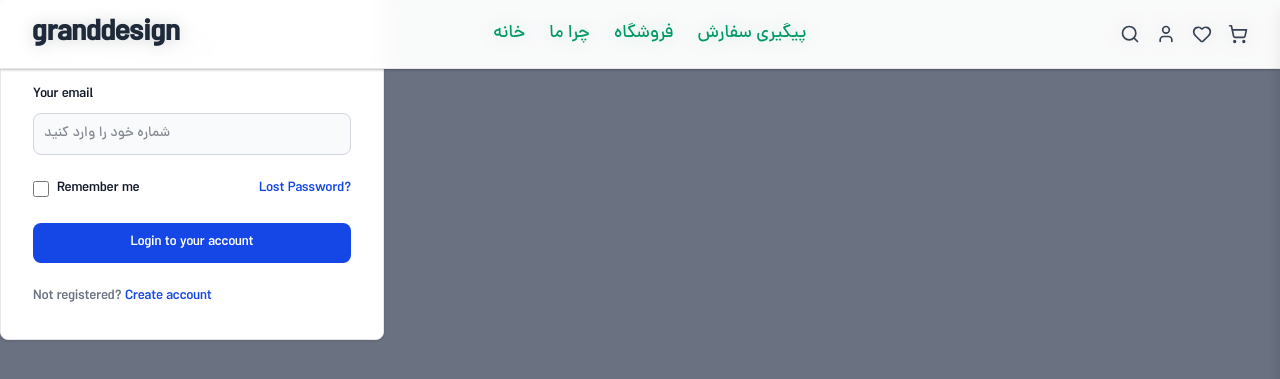
Repository: Aihan-2005/granddesign.frontend
Page: /productTracking
These files come from the project's save history. The page is drawn as it stood at one moment and after the next save; the edit follows.
The browser window is 1280 px wide. The pictures show the whole page.
The project was rebuilt for these pictures with package versions that can differ from the ones it lists, and the page was loaded fresh each time. The framework's server and built-in components were replaced by stand-ins that run in the browser. Also part of the build but not shown: next.config.mjs, src/components/store/modal/Search.jsx, src/zustand/useAuthStore.jsx, src/components/store/modal/Login.jsx, src/components/store/modal/CartModal.jsx, src/components/store/modal/FavoritesModal.jsx.

Above is the page before, as saved 2025-09-16 01:33:20.

### src/app/layout.jsx
import { Geist, Geist_Mono } from "next/font/google";
import "./globals.css";
import Header from './../components/store/Headers';
import Search from './../components/store/modal/Search';
import LoginModal from './../components/store/modal/Login';
import CartModal from './../components/store/modal/CartModal';
import FavoritesModal from "@/components/store/modal/FavoritesModal";

const geistSans = Geist({
  variable: "--font-geist-sans",
  subsets: ["latin"],
});

const geistMono = Geist_Mono({
  variable: "--font-geist-mono",
  subsets: ["latin"],
});

export const metadata = {
  title: "Create Next App",
  description: "Generated by create next app",
};

export default function RootLayout({ children }) {
  return (
    <html lang="en">
      <body className={`${geistSans.variable} ${geistMono.variable} antialiased`}>
        <Header />
        {children}
        <Search/>
        <LoginModal />
        <FavoritesModal/>
        <CartModal />
      </body>
    </html>
  );
}

### src/app/(fullpage)/layout.jsx
export default function LayoutRegister({children}){
    return(
        <>
        {children}
        </>
    )
}

### src/app/(fullpage)/productTracking/page.jsx
import Header from "@/components/store/Headers";
export default function ProductTracking(){
    return(
        <div className="min-h-screen bg-gray-500 relative overflow-hidden" >
              <Header />

              <div dir='rtl'></div>


<div className="w-full max-w-sm p-4 bg-white border border-gray-200 rounded-lg shadow-sm sm:p-6 md:p-8 dark:bg-gray-800 dark:border-gray-700">
    <form className="space-y-6" action="#">
        <h5 className="text-xl font-medium text-gray-900 dark:text-white">Sign in to our platform</h5>
        <div>
            <label htmlFor="text" className="block mb-2 text-sm font-medium text-gray-900 dark:text-white">Your email</label>
            <input type="text" name="text" id="text" className="bg-gray-50 border border-gray-300 text-gray-900 text-sm rounded-lg focus:ring-blue-500 focus:border-blue-500 block w-full p-2.5 dark:bg-gray-600 dark:border-gray-500 dark:placeholder-gray-400 dark:text-white" placeholder="شماره خود را وارد کنید" required />
        </div>

        <div className="flex items-start">
            <div className="flex items-start">
                <div className="flex items-center h-5">
                    <input id="remember" type="checkbox" value="" className="w-4 h-4 border border-gray-300 rounded-sm bg-gray-50 focus:ring-3 focus:ring-blue-300 dark:bg-gray-700 dark:border-gray-600 dark:focus:ring-blue-600 dark:ring-offset-gray-800 dark:focus:ring-offset-gray-800" required />
                </div>
                <label for="remember" className="ms-2 text-sm font-medium text-gray-900 dark:text-gray-300">Remember me</label>
            </div>
            <a href="#" className="ms-auto text-sm text-blue-700 hover:underline dark:text-blue-500">Lost Password?</a>
        </div>
        <button type="submit" className="w-full text-white bg-blue-700 hover:bg-blue-800 focus:ring-4 focus:outline-none focus:ring-blue-300 font-medium rounded-lg text-sm px-5 py-2.5 text-center dark:bg-blue-600 dark:hover:bg-blue-700 dark:focus:ring-blue-800">Login to your account</button>
        <div className="text-sm font-medium text-gray-500 dark:text-gray-300">
            Not registered? <a href="#" className="text-blue-700 hover:underline dark:text-blue-500">Create account</a>
        </div>
    </form>
</div>

              </div>
    )
}

### src/app/globals.css
@import "tailwindcss";



@font-face {
  font-family: "Biski";
  src: url("/Fonts/biski/BiskiTrial-Regular.otf") format(opentype);
}
@font-face {
  font-family: "Dana";
  src: url("/Fonts/dana/dana medium.ttf") format(truetype);
}
@font-face {
  font-family: "Niaz";
  src: url("/Fonts/niaz/niaz.ttf") format(truetype);
}

*{
  font-family:"Dana";
   scroll-behavior: smooth;
}




body::-webkit-scrollbar {
    width: 7px;
}

body::-webkit-scrollbar-track {
    background-color: inherit;
    border-radius: 25px;
}

body::-webkit-scrollbar-thumb {
    background-color: rgb(130, 130, 130);
    border-radius: 25px;
}

.changeScroll::-webkit-scrollbar {
    height:  7px;
}

.changeScroll::-webkit-scrollbar-track {
    background-color: inherit;
    border-radius: 25px;
}

.changeScroll::-webkit-scrollbar-thumb {
    background-color: rgb(130, 130, 130);
    border-radius: 25px;
}


body {
background-color: rgba(49, 49, 49, 0.901);
width: 100%;
height: 100%;
}


input:-webkit-autofill,
input:-webkit-autofill:hover,
input:-webkit-autofill:focus,
input:-webkit-autofill:active {
    -webkit-box-shadow: 0 0 0px 1000px #0f172a00 inset !important;
    box-shadow: 0 0 0px 1000px #0f172a00 inset !important;
    -webkit-text-fill-color: #fff !important;
    caret-color: #ffffff !important;
    border-color: #94a3b800 !important;
    transition: background-color 9999s ease-in-out 0s, color 9999s ease-in-out 0s;
    appearance: none;
}
.no-scrollbar::-webkit-scrollbar {
  display: none;
}
.no-scrollbar {
  -ms-overflow-style: none;  /* IE and Edge */
  scrollbar-width: none;  /* Firefox */
}

### src/components/store/Headers.jsx
// "use client";
// import Link from "next/link";
// import { Search, User, Heart, ShoppingCart } from "lucide-react";
// import { useSearchStore } from "@/zustand/Search";
// import { useLoginStore } from "@/zustand/loginStore";
// import { useCartStore } from "@/zustand/cartStore";
// import { useMenuStore } from "@/zustand/store";
// import { useWishlistStore } from "@/zustand/favoritesStore";
// function IconButton({ icon, ariaLabel, onClick, hasBadge = false, badgeCount = 0 }) {
//   return (
//     <button
//       aria-label={ariaLabel}
//       onClick={onClick}
//       className="text-gray-700 hover:text-black transition duration-200 relative cursor-pointer"
//     >
//       {icon}
//       {hasBadge && badgeCount > 0 && (
//         <span className="
//           absolute -top-2 -right-2
//           bg-red-500 text-white
//           text-xs font-bold
//           rounded-full
//           w-5 h-5
//           flex items-center justify-center
//           cursor-pointer
//         ">
//           {badgeCount}
//         </span>
//       )}
//     </button>
//   );
// }

// export default function Header() {
//   const { openFavorites, wishlistItems } = useWishlistStore();
//   const { isOpen, openMenu, closeMenu } = useMenuStore();
//   const navItems = [
//     { title: "home", textTitle: "خانه", href: "#" },
//     { title: "portfolio", textTitle: "چرا ما ", href: "#" },
//     ,
//     { title: "about", textTitle: " فروشگاه", href: "#" },
//     {title: "product tracking", textTitle:"پیگیری سفارش", href:"#"}
//   ];

//   const openSearch = useSearchStore((state) => state.openSearch);
//   const openLogin = useLoginStore((state) => state.openLogin);
//   const openCart = useCartStore((state) => state.openCart);
//   const cartItems = useCartStore((state) => state.items);

//   // محاسبه تعداد کل محصولات در سبد خرید
//   const totalItems = cartItems.reduce((total, item) => total + item.quantity, 0);
//    // اضافه کردن این خط برای دسترسی به علاقه‌مندی‌ها





//   // محاسبه تعداد محصولات در علاقه‌مندی‌ها
//   const totalWishlistItems = wishlistItems.length;
//   return (
//     <header className="w-full fixed top-0 z-50 backdrop-blur bg-white/80 border-b border-gray-200 shadow-sm">
//       <div className="max-w-7xl mx-auto px-4 md:px-8 py-4 flex items-center justify-between">
//         <div className="text-2xl md:text-3xl font-extrabold text-gray-800 hover:text-green-700 transition cursor-pointer">
//           <Link href="/">granddesign</Link>
//         </div>

//         <nav className="hidden md:flex gap-6 text-sm md:text-lg font-medium text-emerald-600">
//           <Link className="hover:text-black transition cursor-pointer" href="/">
//             خانه
//           </Link>
//           <Link className="hover:text-black transition cursor-pointer" href="/why-us">
//             چرا ما
//           </Link>
//           <Link className="hover:text-black transition cursor-pointer" href="/store">
//             فروشگاه
//           </Link>
//           <Link className="hover:text-black transition cursor-pointer" href="/">
//             پیگیری سفارش
//           </Link>

//         </nav>

//         <div className="flex items-center gap-4 text-gray-600">
//           <IconButton
//             icon={<Search size={20} />}
//             ariaLabel="جستجو"
//             onClick={openSearch}
//           />

//           <IconButton
//             icon={<User size={20} />}
//             ariaLabel="ورود"
//             onClick={openLogin}
//           />

//           {/* تغییر این بخش برای آیکون قلب */}
//           <Link href="/favorites" className="cursor-pointer relative">
//             <IconButton
//               icon={<Heart size={20} />}
//               ariaLabel="علاقه‌مندی‌ها"
//               onClick={openFavorites}
//               hasBadge={true}
//               badgeCount={totalWishlistItems}
//             />
//           </Link>

//           <IconButton
//             icon={<ShoppingCart size={20} />}
//             ariaLabel="سبد خرید"
//             onClick={openCart}
//             hasBadge={true}
//             badgeCount={totalItems}
//           />
//         </div>
//           {/* Mobile Menu Button */}
//       <div className="md:hidden">
//         <button
//           onClick={openMenu}
//           className="text-gray-400 focus:outline-none  "
//           aria-label="Open menu"
//         >
//           ☰
//         </button>
//       </div>
//       </div>


//       {/* Mobile Sidebar */}
//       <div
//         className={`fixed top-0 right-0 w-64 h-screen bg-gray-500 dark:bg-gray-600 text-black shadow-lg transform transition-transform duration-300 z-50 p-4 overflow-y-auto ${
//           isOpen ? "translate-x-0" : "translate-x-full"
//         }`}
//         aria-labelledby="drawer-navigation-label"
//       >
//         <h5
//           id="drawer-navigation-label"
//           className="text-base font-semibold text-gray-500 uppercase dark:text-gray-400"
//         >
//           منو
//         </h5>
//         <button
//           onClick={closeMenu}
//           className="absolute top-2.5 right-2.5 text-gray-400 bg-transparent hover:bg-gray-200 dark:hover:bg-gray-500 hover:text-gray-900 dark:hover:text-black rounded-lg text-sm w-8 h-8 flex items-center justify-center"
//           aria-controls="drawer-navigation"
//           aria-label="Close menu"
//         >
//           <svg
//             className="w-3 h-3"
//             fill="none"
//             viewBox="0 0 14 14"
//             xmlns="http://www.w3.org/2000/svg"
//           >
//             <path
//               stroke="currentColor"
//               strokeLinecap="round"
//               strokeLinejoin="round"
//               strokeWidth="2"
//               d="m1 1 6 6m0 0 6 6M7 7l6-6M7 7l-6 6"
//             />
//           </svg>
//         </button>

//         <ul className="py-4 space-y-2 font-medium">

//           {navItems.map((item) => (
//             <li key={item.title}>
//               <Link
//                 href={item.href}
//                 className="flex items-center p-2 text-gray-900 dark:text-white rounded-lg hover:bg-gray-100 dark:hover:bg-gray-500 group"
//               >
//                 <svg
//                   xmlns="http://www.w3.org/2000/svg"
//                   fill="none"
//                   viewBox="0 0 24 24"
//                   strokeWidth="1.5"
//                   stroke="currentColor"
//                   className="w-6 h-6"
//                 >
//                   <path
//                     strokeLinecap="round"
//                     strokeLinejoin="round"
//                     d="M8.625 12a.375.375 0 1 1-.75 0 .375.375 0 0 1 .75 0Zm0 0H8.25m4.125 0a.375.375 0 1 1-.75 0 .375.375 0 0 1 .75 0Zm0 0H12m4.125 0a.375.375 0 1 1-.75 0 .375.375 0 0 1 .75 0Zm0 0h-.375M21 12c0 4.556-4.03 8.25-9 8.25a9.764 9.764 0 0 1-2.555-.337A5.972 5.972 0 0 1 5.41 20.97a5.969 5.969 0 0 1-.474-.065 4.48 4.48 0 0 0 .978-2.025c.09-.457-.133-.901-.467-1.226C3.93 16.178 3 14.189 3 12c0-4.556 4.03-8.25 9-8.25s9 3.694 9 8.25Z"
//                   />
//                 </svg>
//                 <span className="flex-1 ms-3 text-right">{item.textTitle}</span>
//               </Link>
//             </li>
//           ))}
//         </ul>
//       </div>

//       {/* Overlay for Mobile Menu */}
//       {isOpen && (
//         <div
//           className="fixed inset-0 bg-black/30 z-40 md:hidden"
//           onClick={closeMenu}
//           aria-hidden="true"
//         />
//       )}
//     </header>
//   );
// }
"use client";
import Link from "next/link";
import { Search, User, Heart, ShoppingCart } from "lucide-react";
import { useSearchStore } from "@/zustand/Search";
import { useLoginStore } from "@/zustand/loginStore";
import { useCartStore } from "@/zustand/cartStore";
import { useMenuStore } from "@/zustand/store";
import { useWishlistStore } from "@/zustand/favoritesStore";

function IconButton({ icon, ariaLabel, onClick, hasBadge = false, badgeCount = 0 }) {
  return (
    <button
      aria-label={ariaLabel}
      onClick={onClick}
      className="text-gray-700 hover:text-black transition duration-200 relative cursor-pointer"
    >
      {icon}
      {hasBadge && badgeCount > 0 && (
        <span className="
          absolute -top-2 -right-2
          bg-red-500 text-white
          text-xs font-bold
          rounded-full
          w-5 h-5
          flex items-center justify-center
          cursor-pointer
        ">
          {badgeCount}
        </span>
      )}
    </button>
  );
}

export default function Header() {
  const { openFavorites, wishlistItems } = useWishlistStore();
  const { isOpen, openMenu, closeMenu } = useMenuStore();
  const navItems = [
    { title: "home", textTitle: "خانه", href: "/" },
    { title: "portfolio", textTitle: "چرا ما ", href: "/why-us" },
    { title: "about", textTitle: " فروشگاه", href: "/store" },
    { title: "product tracking", textTitle: "پیگیری سفارش", href: "#" }
  ];

  const openSearch = useSearchStore((state) => state.openSearch);
  const openLogin = useLoginStore((state) => state.openLogin);
  const openCart = useCartStore((state) => state.openCart);
  const cartItems = useCartStore((state) => state.items);

  const totalItems = cartItems.reduce((total, item) => total + item.quantity, 0);


  const totalWishlistItems = wishlistItems.length;

  return (
    <header className="w-full fixed top-0 z-50 backdrop-blur bg-white/80 border-b border-gray-200 shadow-sm">
      <div className="max-w-7xl mx-auto px-4 md:px-8 py-4 flex items-center justify-between">
        <div className="text-2xl md:text-3xl font-extrabold text-gray-800 hover:text-green-700 transition cursor-pointer">
          <Link href="/">granddesign</Link>
        </div>

        <nav className="hidden md:flex gap-6 text-sm md:text-lg font-medium text-emerald-600">
          <Link className="hover:text-black transition cursor-pointer" href="/">
            خانه
          </Link>
          <Link className="hover:text-black transition cursor-pointer" href="/why-us">
            چرا ما
          </Link>
          <Link className="hover:text-black transition cursor-pointer" href="/store">
            فروشگاه
          </Link>
          <Link className="hover:text-black transition cursor-pointer" href="/productTracking">
            پیگیری سفارش
          </Link>
        </nav>

        <div className="flex items-center gap-4 text-gray-600">
          <IconButton
            icon={<Search size={20} />}
            ariaLabel="جستجو"
            onClick={openSearch}
          />

          <IconButton
            icon={<User size={20} />}
            ariaLabel="ورود"
            onClick={openLogin}
          />


          <IconButton
            icon={<Heart size={20} />}
            ariaLabel="علاقه‌مندی‌ها"
            onClick={openFavorites}
            hasBadge={true}
            badgeCount={totalWishlistItems}
          />

          <IconButton
            icon={<ShoppingCart size={20} />}
            ariaLabel="سبد خرید"
            onClick={openCart}
            hasBadge={true}
            badgeCount={totalItems}
          />
        </div>

        {/* Mobile Menu Button */}
        <div className="md:hidden">
          <button
            onClick={openMenu}
            className="text-gray-400 focus:outline-none"
            aria-label="Open menu"
          >
            ☰
          </button>
        </div>
      </div>

      {/* Mobile Sidebar */}
      <div
        className={`fixed top-0 right-0 w-64 h-screen bg-gray-500 dark:bg-gray-600 text-black shadow-lg transform transition-transform duration-300 z-50 p-4 overflow-y-auto ${
          isOpen ? "translate-x-0" : "translate-x-full"
        }`}
        aria-labelledby="drawer-navigation-label"
      >
        <h5
          id="drawer-navigation-label"
          className="text-base font-semibold text-gray-500 uppercase dark:text-gray-400"
        >
          منو
        </h5>
        <button
          onClick={closeMenu}
          className="absolute top-2.5 right-2.5 text-gray-400 bg-transparent hover:bg-gray-200 dark:hover:bg-gray-500 hover:text-gray-900 dark:hover:text-black rounded-lg text-sm w-8 h-8 flex items-center justify-center"
          aria-controls="drawer-navigation"
          aria-label="Close menu"
        >
          <svg
            className="w-3 h-3"
            fill="none"
            viewBox="0 0 14 14"
            xmlns="http://www.w3.org/2000/svg"
          >
            <path
              stroke="currentColor"
              strokeLinecap="round"
              strokeLinejoin="round"
              strokeWidth="2"
              d="m1 1 6 6m0 0 6 6M7 7l6-6M7 7l-6 6"
            />
          </svg>
        </button>

        <ul className="py-4 space-y-2 font-medium">
          {navItems.map((item) => (
            <li key={item.title}>
              <Link
                href={item.href}
                className="flex items-center p-2 text-gray-900 dark:text-white rounded-lg hover:bg-gray-100 dark:hover:bg-gray-500 group"
                onClick={closeMenu} // بستن منو هنگام کلیک روی لینک
              >
                <svg
                  xmlns="http://www.w3.org/2000/svg"
                  fill="none"
                  viewBox="0 0 24 24"
                  strokeWidth="1.5"
                  stroke="currentColor"
                  className="w-6 h-6"
                >
                  <path
                    strokeLinecap="round"
                    strokeLinejoin="round"
                    d="M8.625 12a.375.375 0 1 1-.75 0 .375.375 0 0 1 .75 0Zm0 0H8.25m4.125 0a.375.375 0 1 1-.75 0 .375.375 0 0 1 .75 0Zm0 0H12m4.125 0a.375.375 0 1 1-.75 0 .375.375 0 0 1 .75 0Zm0 0h-.375M21 12c0 4.556-4.03 8.25-9 8.25a9.764 9.764 0 0 1-2.555-.337A5.972 5.972 0 0 1 5.41 20.97a5.969 5.969 0 0 1-.474-.065 4.48 4.48 0 0 0 .978-2.025c.09-.457-.133-.901-.467-1.226C3.93 16.178 3 14.189 3 12c0-4.556 4.03-8.25 9-8.25s9 3.694 9 8.25Z"
                  />
                </svg>
                <span className="flex-1 ms-3 text-right">{item.textTitle}</span>
              </Link>
            </li>
          ))}
        </ul>
      </div>

      {/* Overlay for Mobile Menu */}
      {isOpen && (
        <div
          className="fixed inset-0 bg-black/30 z-40 md:hidden"
          onClick={closeMenu}
          aria-hidden="true"
        />
      )}
    </header>
  );
}

### src/zustand/Search.jsx
import { create } from "zustand";


export const useSearchStore = create((set) => ({
  isSearchOpen: false,
  openSearch: () => set({ isSearchOpen: true }),
  closeSearch: () => set({ isSearchOpen: false }),
}));

### src/zustand/loginStore.jsx
import { create } from "zustand";


export const useLoginStore = create((set)=>({
    isLoginOpen : false,
    openLogin:()=>set({isLoginOpen:true}),
    closeLogin:()=>set({isLoginOpen:false})
}));

### src/zustand/cartStore.jsx
// import { create } from "zustand";

// export const useCartStore = create((set) => ({
//   isCartOpen: false,
//   items: [],

//   openCart: () => set({ isCartOpen: true }),
//   closeCart: () => set({ isCartOpen: false }),

//   addItem: (product) =>
//     set((state) => {
//       const existing = state.items.find((item) => item.id === product.id);
//       if (existing) {
//         return {
//           items: state.items.map((item) =>
//             item.id === product.id
//               ? { ...item, quantity: item.quantity + 1 }
//               : item
//           ),
//         };
//       }
//       return {
//         items: [...state.items, { ...product, quantity: 1 }],
//       };
//     }),

//   removeItem: (id) =>
//     set((state) => ({
//       items: state.items.filter((item) => item.id !== id),
//     })),
// }));
// src/zustand/cartStore.js
import { create } from 'zustand';
import { persist } from 'zustand/middleware'; // اضافه کردن این import

export const useCartStore = create(
  persist( // اضافه کردن persist
    (set, get) => ({
      items: [],
      isCartOpen: false,

      openCart: () => set({ isCartOpen: true }),
      closeCart: () => set({ isCartOpen: false }),

      addItem: (product) => set((state) => {
        const existingItem = state.items.find(item => item.id === product.id);
        if (existingItem) {
          return {
            items: state.items.map(item =>
              item.id === product.id
                ? { ...item, quantity: item.quantity + 1 }
                : item
            )
          };
        } else {
          return {
            items: [...state.items, { ...product, quantity: 1 }]
          };
        }
      }),

      removeItem: (productId) => set((state) => ({
        items: state.items.filter(item => item.id !== productId)
      })),

      updateQuantity: (productId, newQuantity) => set((state) => ({
        items: state.items.map(item =>
          item.id === productId
            ? { ...item, quantity: Math.max(0, newQuantity) }
            : item
        ).filter(item => item.quantity > 0)
      })),

      clearCart: () => set({ items: [] })
    }),
    {
      name: 'cart-storage', // نام برای localStorage
    }
  )
);

### src/zustand/favoritesStore.jsx
// // src/zustand/wishlistStore.js
// import { create } from 'zustand';
// import { persist } from 'zustand/middleware';

// export const useWishlistStore = create(
//   persist(
//     (set, get) => ({
//       wishlistItems: [],

//       // اضافه کردن محصول به علاقه‌مندی‌ها
//       addToWishlist: (product) => set((state) => {
//         const exists = state.wishlistItems.find(item => item.id === product.id);
//         if (!exists) {
//           return { wishlistItems: [...state.wishlistItems, product] };
//         }
//         return state;
//       }),

//       // حذف محصول از علاقه‌مندی‌ها
//       removeFromWishlist: (productId) => set((state) => ({
//         wishlistItems: state.wishlistItems.filter(item => item.id !== productId)
//       })),

//       // تغییر وضعیت محصول در علاقه‌مندی‌ها
//       toggleWishlistItem: (product) => set((state) => {
//         const exists = state.wishlistItems.find(item => item.id === product.id);
//         if (exists) {
//           return {
//             wishlistItems: state.wishlistItems.filter(item => item.id !== product.id)
//           };
//         } else {
//           return {
//             wishlistItems: [...state.wishlistItems, product]
//           };
//         }
//       }),

//       // پاک کردن همه علاقه‌مندی‌ها
//       clearWishlist: () => set({ wishlistItems: [] }),

//       // بررسی وجود محصول در علاقه‌مندی‌ها
//       isInWishlist: (productId) => {
//         return get().wishlistItems.some(item => item.id === productId);
//       }
//     }),
//     {
//       name: 'wishlist-storage', // نام برای ذخیره در localStorage
//     }
//   )
// );
// src/zustand/wishlistStore.js
// src/zustand/favoritesStore.js
import { create } from 'zustand';
import { persist } from 'zustand/middleware';

export const useWishlistStore = create(
  persist(
    (set, get) => ({
      wishlistItems: [],
      isFavoritesOpen: false, // اضافه کردن این خط

      // توابع جدید برای مدیریت modal
      openFavorites: () => set({ isFavoritesOpen: true }),
      closeFavorites: () => set({ isFavoritesOpen: false }),

      // توابع قبلی...
      addToWishlist: (product) => set((state) => {
        const exists = state.wishlistItems.find(item => item.id === product.id);
        if (!exists) {
          return { wishlistItems: [...state.wishlistItems, product] };
        }
        return state;
      }),

      removeFromWishlist: (productId) => set((state) => ({
        wishlistItems: state.wishlistItems.filter(item => item.id !== productId)
      })),

      toggleWishlistItem: (product) => set((state) => {
        const exists = state.wishlistItems.find(item => item.id === product.id);
        if (exists) {
          return {
            wishlistItems: state.wishlistItems.filter(item => item.id !== product.id),
            isFavoritesOpen: true // باز نگه داشتن modal بعد از حذف
          };
        } else {
          return {
            wishlistItems: [...state.wishlistItems, product],
            isFavoritesOpen: true // باز نگه داشتن modal بعد از اضافه کردن
          };
        }
      }),

      clearWishlist: () => set({ wishlistItems: [] }),

      isInWishlist: (productId) => {
        return get().wishlistItems.some(item => item.id === productId);
      }
    }),
    {
      name: 'wishlist-storage',
    }
  )
);

Loaded but not shown: src/zustand/store.js (18 lines, source omitted)

After the next save:
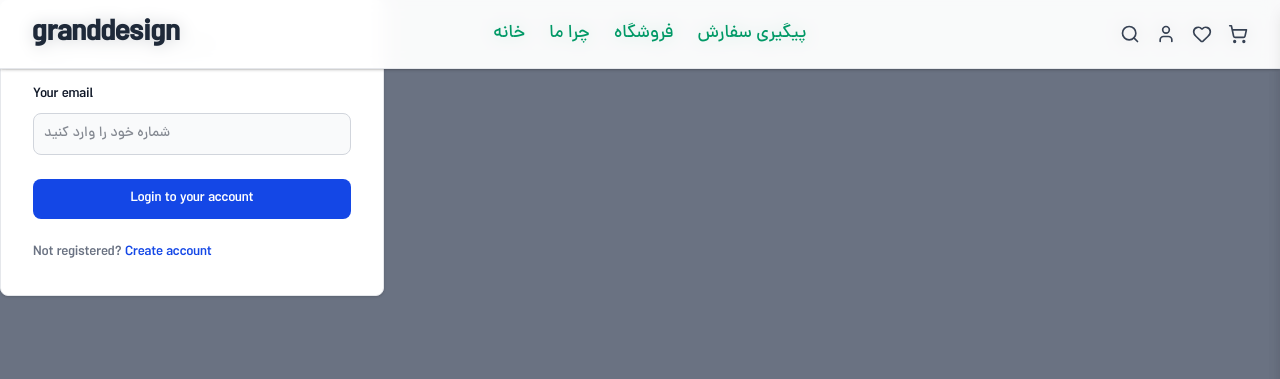
Saved 57 s later.
--- a/src/app/(fullpage)/productTracking/page.jsx
+++ b/src/app/(fullpage)/productTracking/page.jsx
@@ -15,15 +15,7 @@ export default function ProductTracking(){
             <input type="text" name="text" id="text" className="bg-gray-50 border border-gray-300 text-gray-900 text-sm rounded-lg focus:ring-blue-500 focus:border-blue-500 block w-full p-2.5 dark:bg-gray-600 dark:border-gray-500 dark:placeholder-gray-400 dark:text-white" placeholder="شماره خود را وارد کنید" required />
         </div>
 
-        <div className="flex items-start">
-            <div className="flex items-start">
-                <div className="flex items-center h-5">
-                    <input id="remember" type="checkbox" value="" className="w-4 h-4 border border-gray-300 rounded-sm bg-gray-50 focus:ring-3 focus:ring-blue-300 dark:bg-gray-700 dark:border-gray-600 dark:focus:ring-blue-600 dark:ring-offset-gray-800 dark:focus:ring-offset-gray-800" required />
-                </div>
-                <label for="remember" className="ms-2 text-sm font-medium text-gray-900 dark:text-gray-300">Remember me</label>
-            </div>
-            <a href="#" className="ms-auto text-sm text-blue-700 hover:underline dark:text-blue-500">Lost Password?</a>
-        </div>
+
         <button type="submit" className="w-full text-white bg-blue-700 hover:bg-blue-800 focus:ring-4 focus:outline-none focus:ring-blue-300 font-medium rounded-lg text-sm px-5 py-2.5 text-center dark:bg-blue-600 dark:hover:bg-blue-700 dark:focus:ring-blue-800">Login to your account</button>
         <div className="text-sm font-medium text-gray-500 dark:text-gray-300">
             Not registered? <a href="#" className="text-blue-700 hover:underline dark:text-blue-500">Create account</a>
